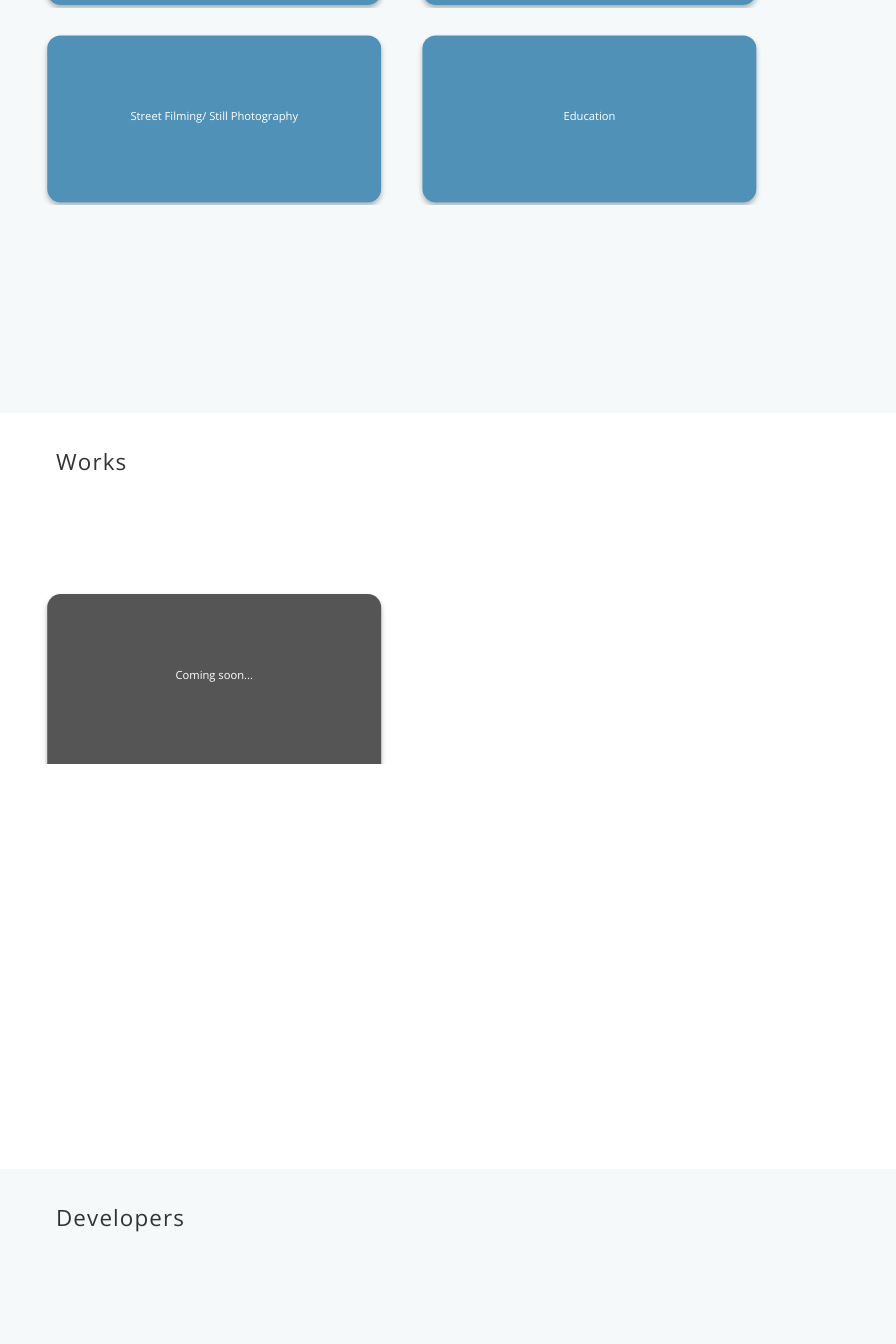
Repository: AirDepot/web
Page: index.html
An editor plug-in stored every save of this project. The page is shown before and after the next save, followed by the edit.
The browser window is 1280 px wide. The pictures show the part of the page from y = 2650 to 4570 px (the page is 6592 px tall), at 70% of full size.

Above is the page before, as saved 2020-02-12 00:05:31.

### index.html
<!DOCTYPE html>
<html lang="ja">
    <head>
        <meta charset="UTF-8">
        <link href="https://fonts.googleapis.com/css?family=Open+Sans:100,300,400,600" rel="stylesheet" type="text/css">
        <link href="http://code.ionicframework.com/ionicons/2.0.1/css/ionicons.min.css" rel="stylesheet" type="text/css">
        <link type="text/css" rel="stylesheet" href="./assets/css/common.css">
        <title>KustomApe</title>
        <meta name=”keywords” content="Python, Web, 映像, 教材, 開発">
        <meta name=”description” content=”Pythonを使ったプロダクト開発のKustomApe。車業界、ストリート映像を軸としたプロダクトDevelopmentユニット。Web開発、データクローリング、映像・写真、プログラミングの教材開発を行っています。”>
    </head>
    <body>
        <div id="wrap">
            <div id="home">
                <header id="header">
                    <h1 id="logo"><a href="#home"><img src="./assets/img/main_logo.svg" alt="KustomApe"></a></h1>
                    <nav id="nav">
                        <ul id="navigations">
                            <li><a href="#about">About</a></li>
                            <li><a href="#products">Products</a></li>
                            <li><a href="#works">Works</a></li>
                            <li><a href="#hackers">Developers</a></li>
                            <li><a href="#contact">Contact</a></li>
                        </ul>
                    </nav>
                </header>
                <div id="header_contents">
                    <p id="ape_icon"><img src="./assets/img/ape_icon.svg" alt="Apeのアイコン画像"></p>
                    <h2 id="concept">Verbalize, makes the best Product.</h2>
                </div>
            </div>
            <div id="about">
                <h3 class="section_titles">About</h3>
                <p id="about_kustomape">KustomApe(カスタムエイプ)はWebをはじめとする車業界、ストリート映像を軸としたDevelopmentユニットです。<br />
                好きを言語化して、プロダクトにすることを得意としています。<br />
                また、自分の生き方の選択肢を広げるため、プログラミング・英語・映像を軸とした教材開発も行っています。<br />
                部品輸入・アパレル輸入・アパレルデザインなども個人に特化した形で提供しております。<br />
                詳しくはProductsをご覧ください。</p>
            </div>
            <div id="products">
                <h3 class="section_titles">Products</h3>
                <section id="box_master">
                    <p class="box">Web Development</p>
                    <p class="box">Data Analytics</p>
                    <p class="box">Street Filming/ Still Photography</p>
                    <p class="box">Education</p>
                </section>
            </div>
            <div id="works">
                <h3 class="section_titles">Works</h3>
                <section id="box_master">
                    <p class="unlaunched">Coming soon...</p>
                </section>
            </div>
            <div id="developers">
                <h3 class="section_titles">Developers</h3>

            </div>
            <div id="contact">
                <h3 class="section_titles">Contact</h3>

            </div>
            <footer id="footer">
                <small>Copyright &copy; 2020 KustomApe All Rights Reserved.</small>
            </footer>
        </div>
    </body>
</html>

### assets/css/common.css
/**********************************************
*** GENERAL
**********************************************/

* {
    margin: 0;
    padding: 0;
    box-sizing: border-box;
}

.clearfix::after {
    content: "";
    display: table;
    clear: both;
}

html {
    overflow: auto;
}

body {
    color: #333;
    font-family: Open Sans, Arial, Helvetica, sans-serif;
    overflow: hidden;
}

ul {
    list-style: none;
}

a {
    text-decoration: none;
}

div#wrap {
    width: 100%;
    margin-top: -3rem;
}

div#home {
    width: 100%;
    height: 1080px;
    background-image: url(../img/wrap_bg.svg);
    background-position: center top;
    background-repeat: no-repeat;
    background-size: cover;
}

header#header {
    width: 100%;
    height: 150px;
    margin-left: 5rem;
}

header#header h1#logo {
    width: 500px;
    margin-top: 3rem;
}

h1#logo img {
    margin-top: 3rem;
    width: 350px;
}

nav#nav {
    margin-top: -4rem;
}

nav#nav ul#navigations {
    display: flex;
    justify-content: center;
    align-items: center;
    list-style: none;
    margin-left: 43rem;
}

nav#nav ul#navigations li {
    padding-right: 3.5rem;
}

nav#nav ul#navigations li a {
    color: #fff;
}

div#header_contents {
    display: inline-flex;
    margin-left: 5rem;
    padding: 15rem 0;
}

div#header_contents h2#concept {
    padding: 4.5rem 1rem;
    letter-spacing: 0.1rem;
    font-weight: 100;
    font-size: 1.5rem;
}

div#header_contents p#ape_icon img {
    width: 200px;
}

h3.section_titles {
    font-size: 2rem;
    font-weight: 500;
    padding-top: 3rem;
    margin-left: 5rem;
    letter-spacing: 0.1rem;
}

div#about {
    width: 100%;
    height: 1080px;
}

div#about p#about_kustomape {
    padding-top: 9rem;
    margin-left: 5rem;
    font-size: 1rem;
    letter-spacing: 0.1rem;
    line-height: 5rem;
}

div#products {
    width: 100%;
    height: 1080px;
    background: #F5F9FA;
}

section#box_master {
    display: block;
    width: 1200px;
    margin: 0 auto;
    margin-top: 9rem;
}

div#works {
    width: 100%;
    height: 1080px;
}

p.box {
    display: inline-block;
    background-image: url(../img/box_bg.svg);
    background-position: center top;
    background-repeat: no-repeat;
    background-size: cover;
    width: 500px;
    height: 250px;
    color: #fff;
    font-weight: 100;
    text-align: center;
    padding: 7rem 0;
    margin: 1rem;
}

p.unlaunched {
    display: inline-block;
    background-image: url(../img/coming_box_bg.svg);
    background-position: center top;
    background-repeat: no-repeat;
    background-size: cover;
    width: 500px;
    height: 250px;
    color: #fff;
    font-weight: 100;
    text-align: center;
    padding: 7rem 0;
    margin: 1rem;
}

div#developers {
    width: 100%;
    height: 1080px;
    background: #F5F9FA;
}

div#contact {
    width: 100%;
    height: 1080px;
}

footer#footer {
    width: 100%;
    height: 7rem;
    background: #285E7F;
}

footer#footer small {
    display: block;
    text-align: center;
    color: #fff;
    padding: 3rem 0;
}

After the next save:
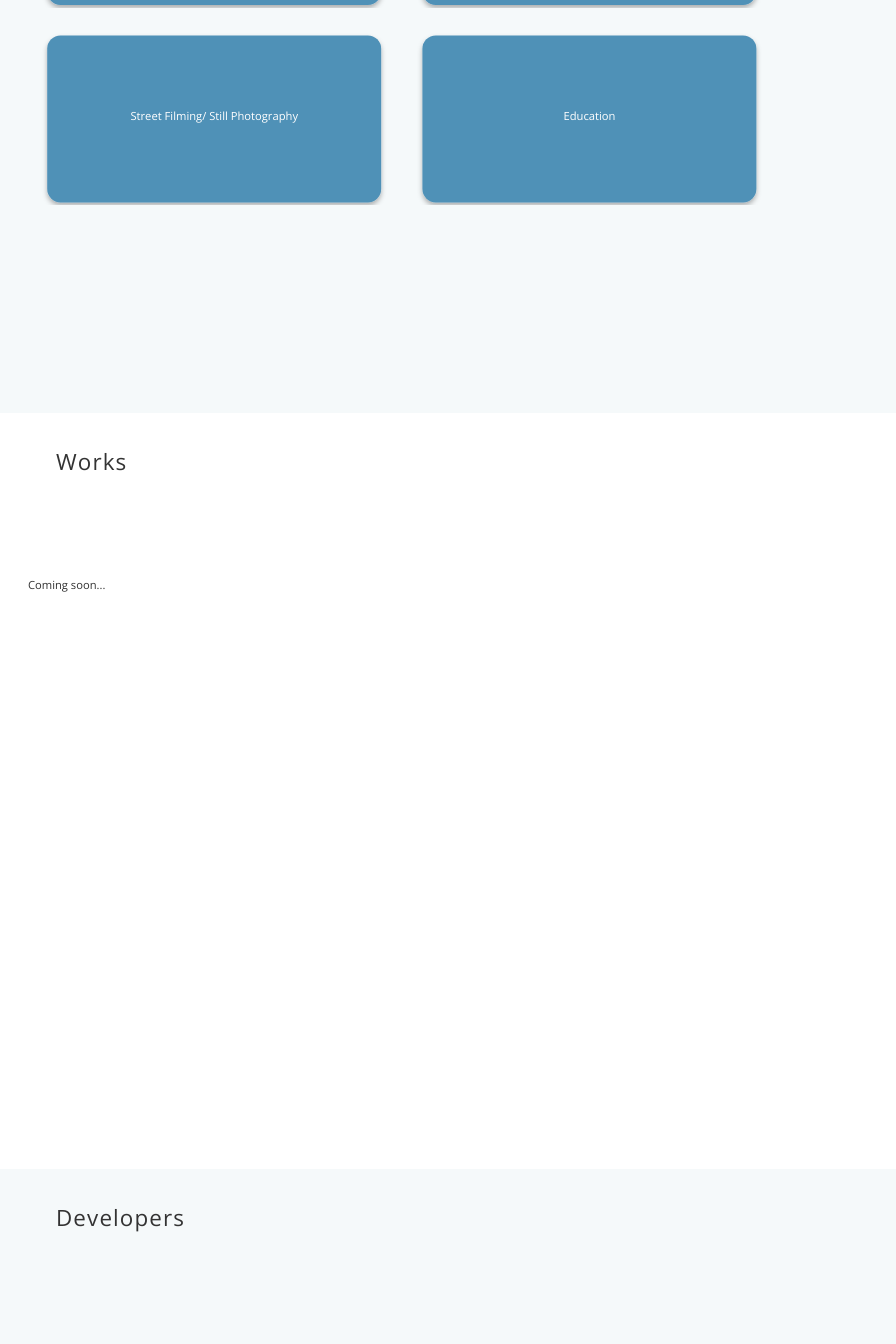
Saved 9 s later.
--- a/assets/css/common.css
+++ b/assets/css/common.css
@@ -153,20 +153,6 @@ p.box {
     margin: 1rem;
 }
 
-p.unlaunched {
-    display: inline-block;
-    background-image: url(../img/coming_box_bg.svg);
-    background-position: center top;
-    background-repeat: no-repeat;
-    background-size: cover;
-    width: 500px;
-    height: 250px;
-    color: #fff;
-    font-weight: 100;
-    text-align: center;
-    padding: 7rem 0;
-    margin: 1rem;
-}
 
 div#developers {
     width: 100%;
